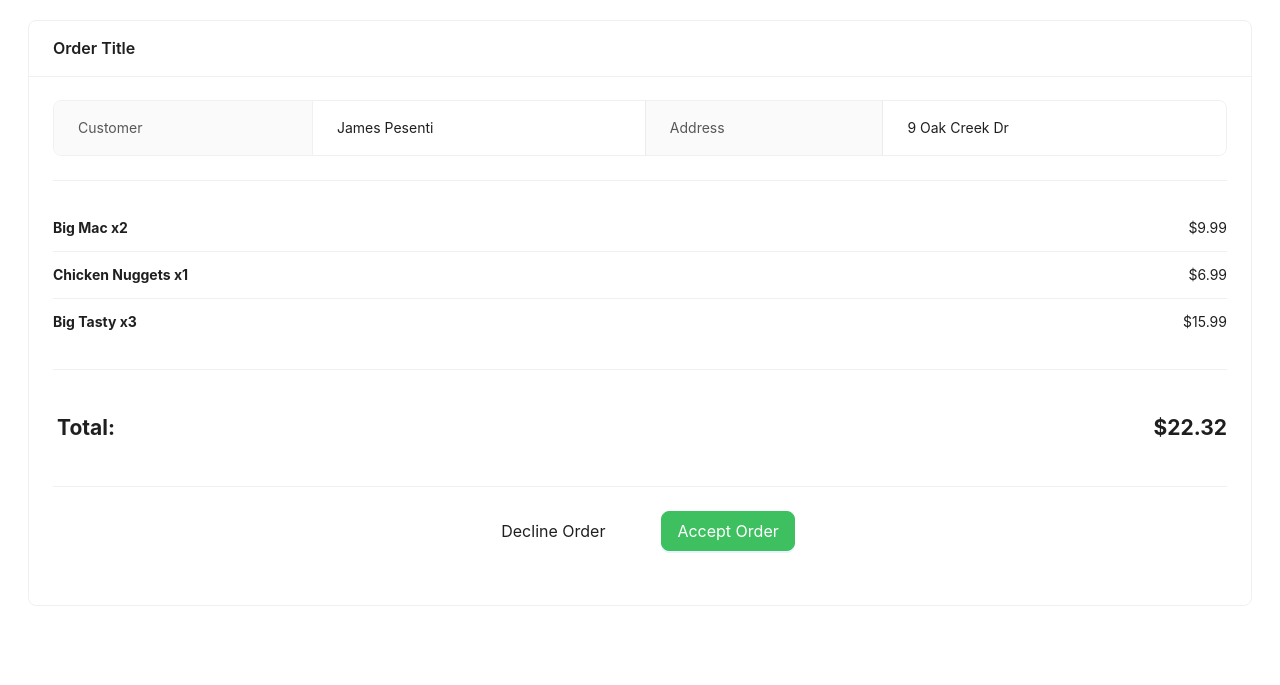
Repository: JamesPesenti/UberEatsDashboard
Page: /menu
An editor plug-in stored every save of this project. The page is shown before and after the next save, followed by the edit.
The browser window is 1280 px wide. The pictures show the whole page.
The project was rebuilt for these pictures with package versions that can differ from the ones it lists, and the page was loaded fresh each time.

Above is the page before, as saved 2023-02-25 07:19:45.

After the next save:
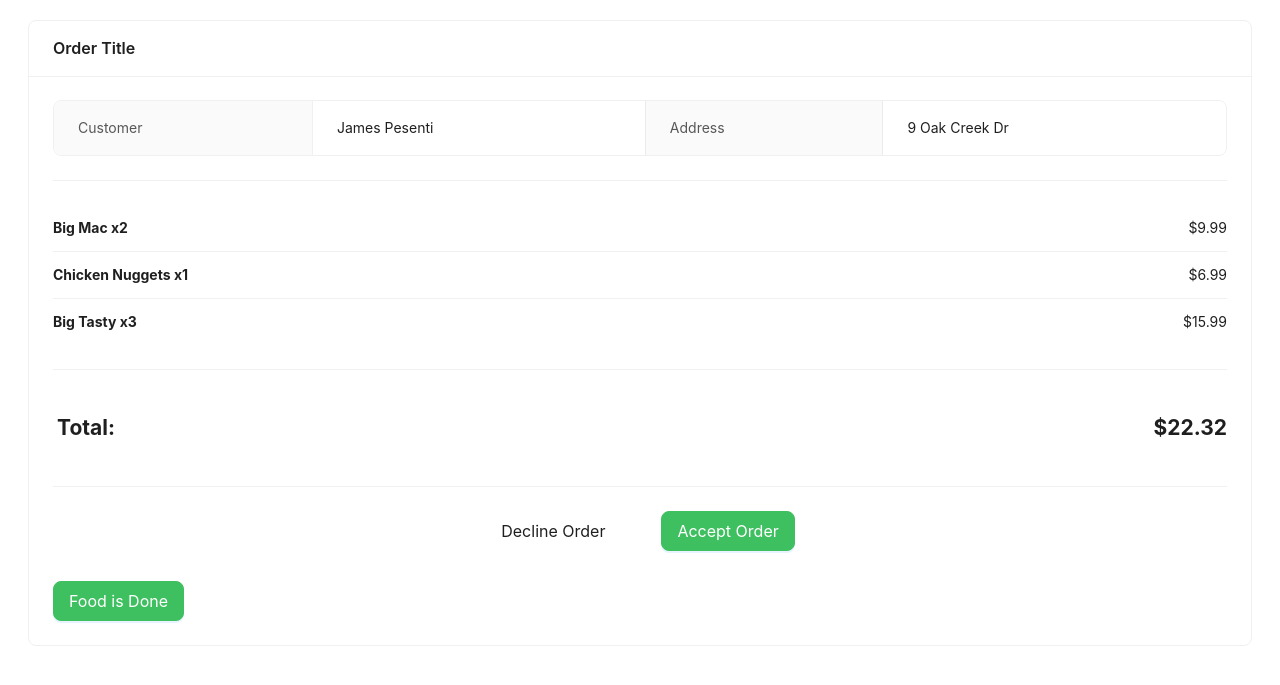
Saved 111 s later.
--- a/src/App.js
+++ b/src/App.js
@@ -34,6 +34,9 @@ function App() {
               Accept Order
             </Button>
         </div>
+          <Button type="primary" size="large">
+            Food is Done
+          </Button>
       </Card>
     </>
   );
